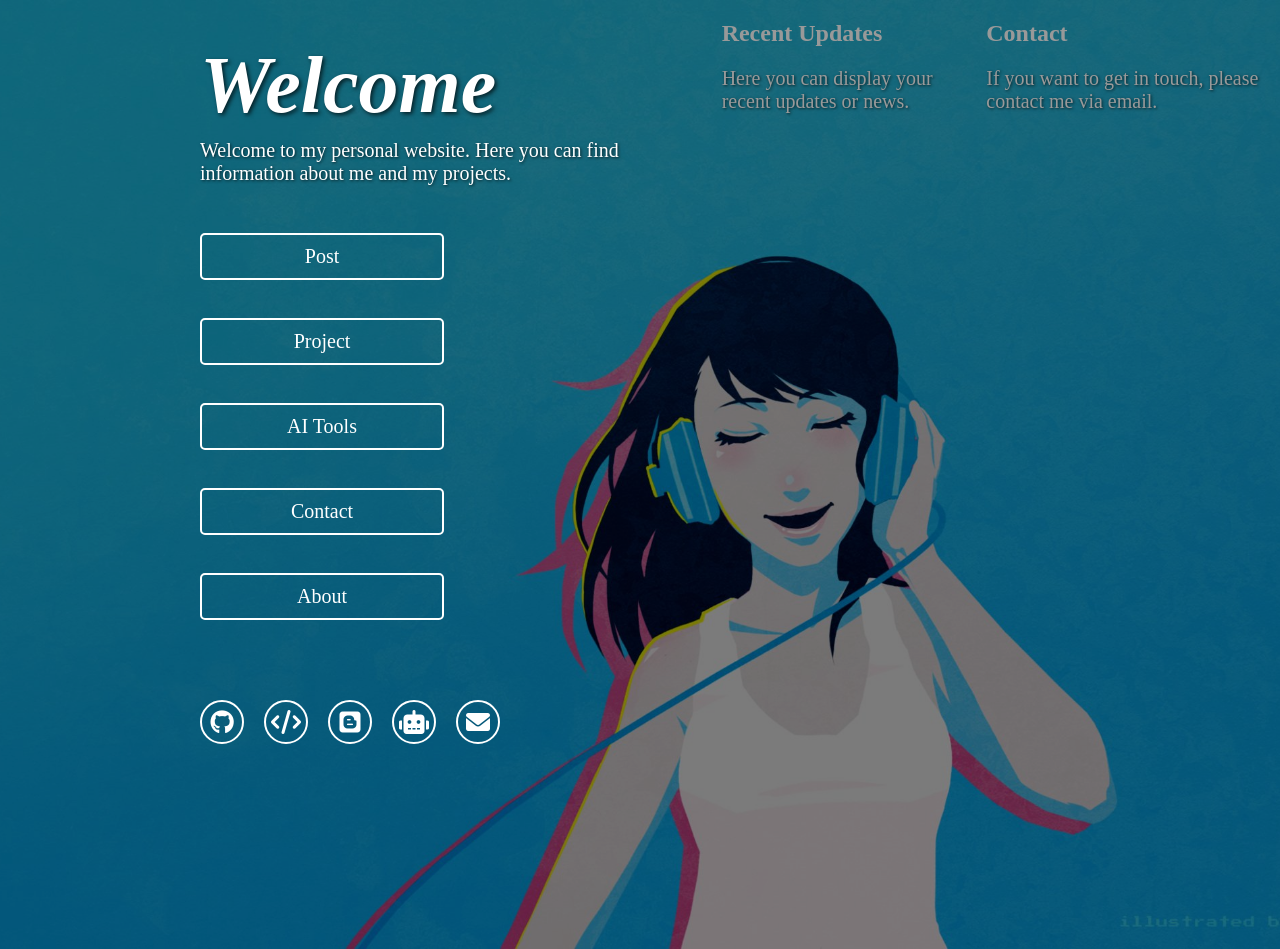
Repository: cydxf/cydxf.github.io
Page: index.html
An editor plug-in stored every save of this project. The page is shown before and after the next save, followed by the edit.
The browser window is 1280 px wide. The pictures show the whole page.

Above is the page before, as saved 2024-08-02 04:10:29.

After the next save:
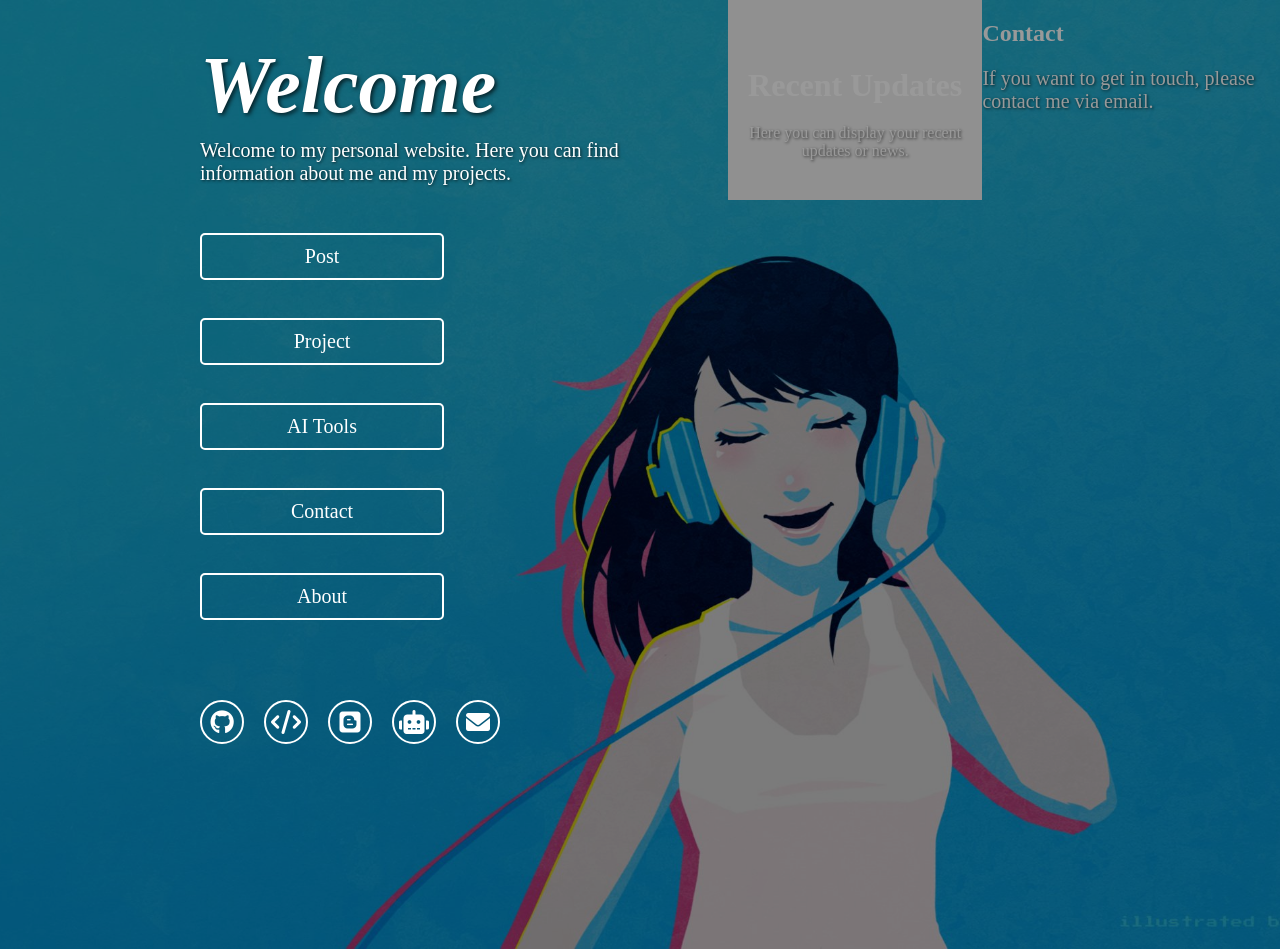
Saved 28 s later.
--- a/css/styles.css
+++ b/css/styles.css
@@ -109,3 +109,24 @@ body, html {
     color: #000; /* Change icon color on hover */
     border-color: #fff; /* Keep border color white on hover */
 }
+
+.updates-section {
+    background-color: #f0f0f0; /* Light grey background */
+    padding: 40px 20px; /* Padding for spacing inside the section */
+}
+
+.updates-content {
+    max-width: 800px; /* Maximum width for content */
+    margin: 0 auto; /* Center the content */
+    text-align: center; /* Center text inside the section */
+}
+
+.updates-content h2 {
+    font-size: 2rem; /* Title font size */
+    margin-bottom: 20px; /* Space below the title */
+}
+
+.updates-content p {
+    font-size: 1rem; /* Content font size */
+    margin: 0; /* Remove margin */
+}
